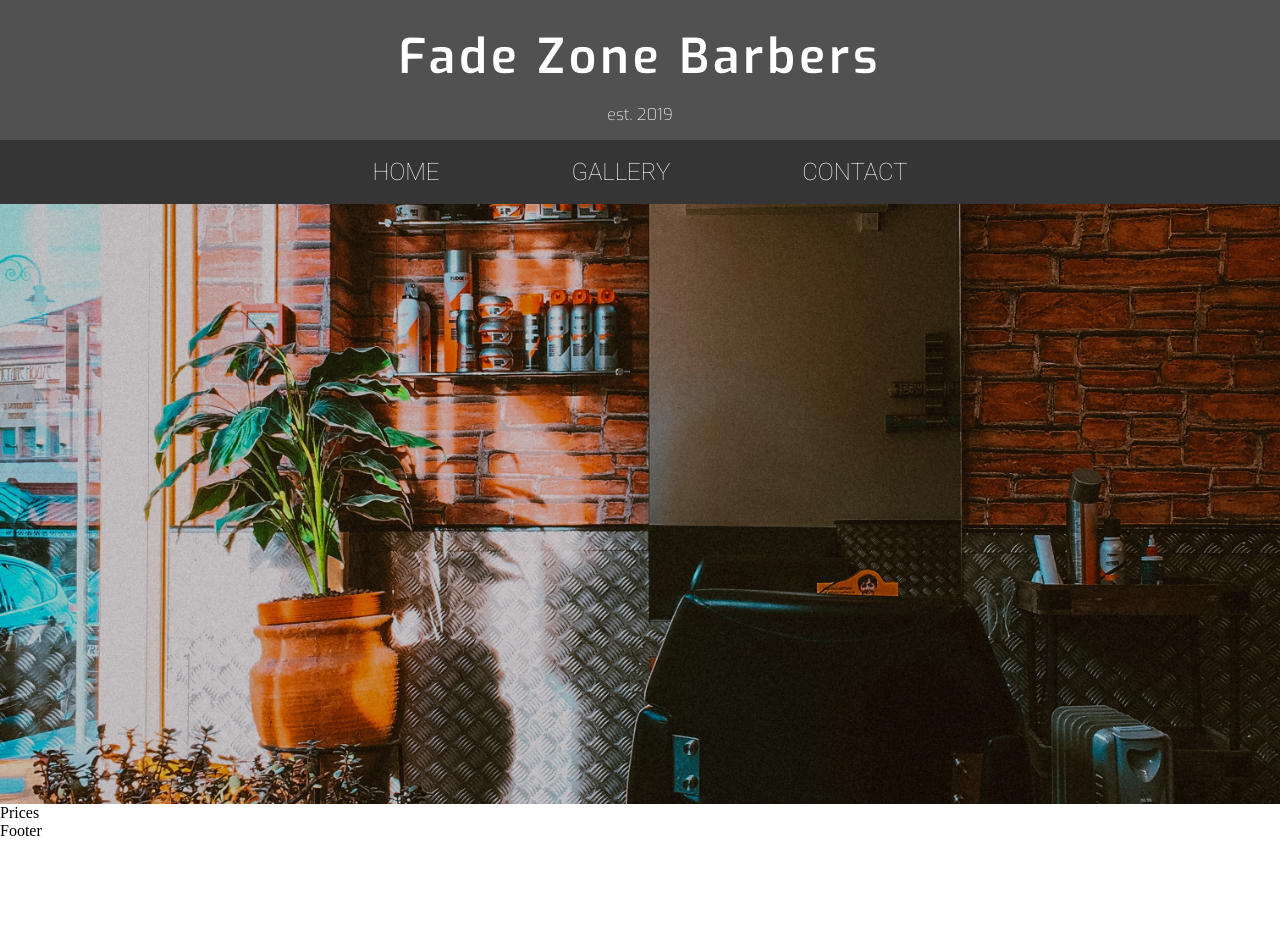
Repository: Boofy360/fade-zone-barbers
Page: index.html
The author's editor kept a record of every edit. The page is drawn from the files as they stood at one moment, then again after the next edit.
The browser window is 1280 px wide. The pictures show the whole page.

Above is the page before.

After the next edit:
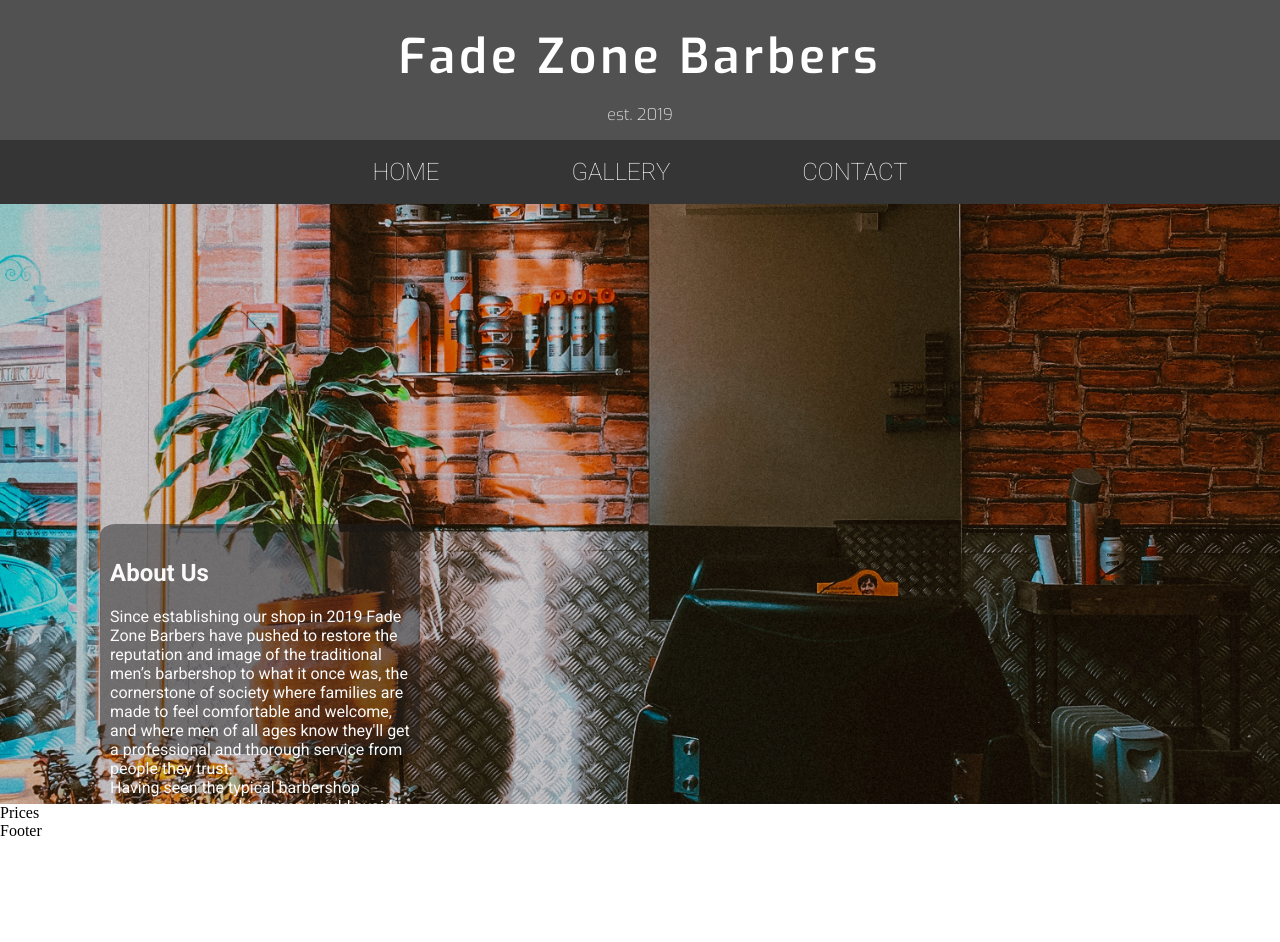
The edit:
--- a/index.html
+++ b/index.html
@@ -34,8 +34,18 @@
     </nav>
     <section>
         <div id="hero-outer">
-        <div id="hero-image">
-
+            <div id="hero-image">
+                <div id="cover-text">
+                    <h2>About Us</h3>
+                        <p>Since establishing our shop in 2019 Fade Zone Barbers have pushed to restore the reputation and image of the traditional men’s barbershop to what it once was, the cornerstone of society where families are made to feel comfortable
+                            and welcome, and where men of all ages know they'll get a professional and thorough service from people they trust.<br>Having seen the typical barbershop become a place which men would avoid having to visit through fear of what
+                            they'll be paying for, we've managed to use a combination of oversized mirrors, top of the range traditional barber chairs and incense to reinvent and revive what had become a tired and forgotten industry.<br>We're happy to be
+                            part of your monthly routine, your local social gathering place where people come for more than just a haircut, they come for a chat, a laugh, a confidant, or a moan, because our customers can count on a genuine person ready
+                            to greet them at the door! We're not just passionate barbers, we're passionate people who want to give you everything you'd expect from a genuine barbershop experience, and enjoy it with you Come and take a seat, you'll see
+                            that we're so much more than just a barbershop!
+                        </p>
+                </div>
+            </div>
         </div>
     </section>
     <section>
